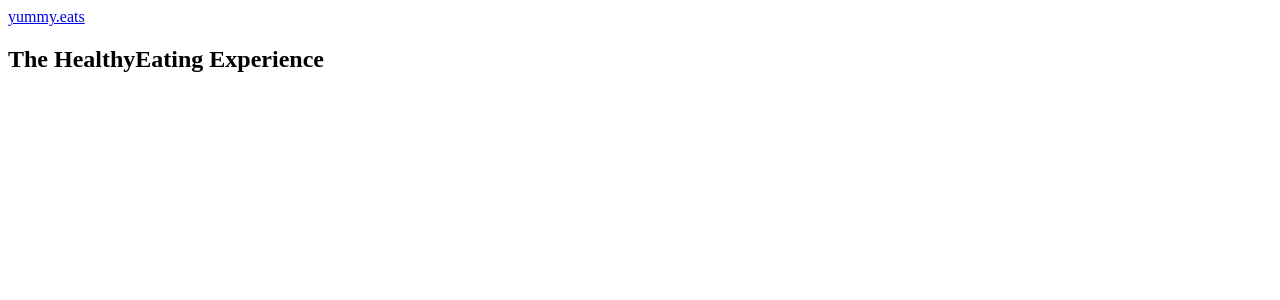
Repository: MansiLadkar/food_frontend
Page: index.html
The author's editor kept a copy of each file at every save. The page is drawn from the files as they stood at one save, then again after the next save.
The browser window is 1280 px wide. The pictures show the whole page.

Above is the page before, as saved 2023-01-13 13:07:15.

After the next save:
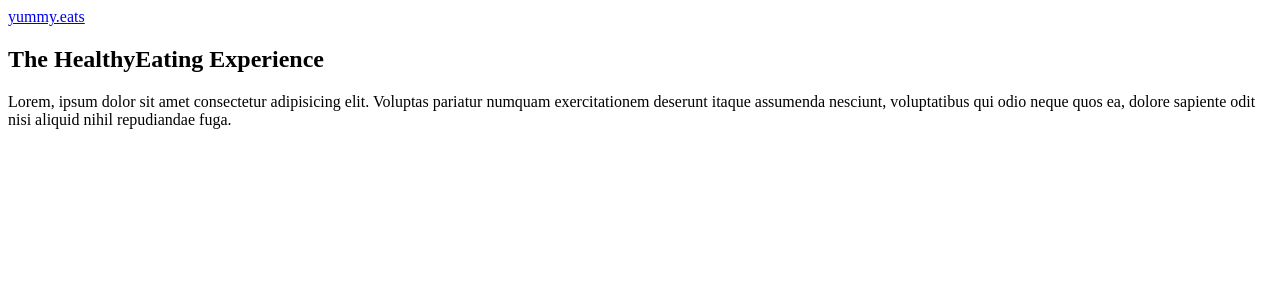
Saved 2 min 28 s later.
--- a/index.html
+++ b/index.html
@@ -14,6 +14,12 @@
           <a href="#">yummy.eats</a>
         </header>
         <h1><span>The Healthy</span>Eating Experience</h1>
+        <p>
+          Lorem, ipsum dolor sit amet consectetur adipisicing elit. Voluptas
+          pariatur numquam exercitationem deserunt itaque assumenda nesciunt,
+          voluptatibus qui odio neque quos ea, dolore sapiente odit nisi aliquid
+          nihil repudiandae fuga.
+        </p>
       </section>
       <section></section>
     </div>
